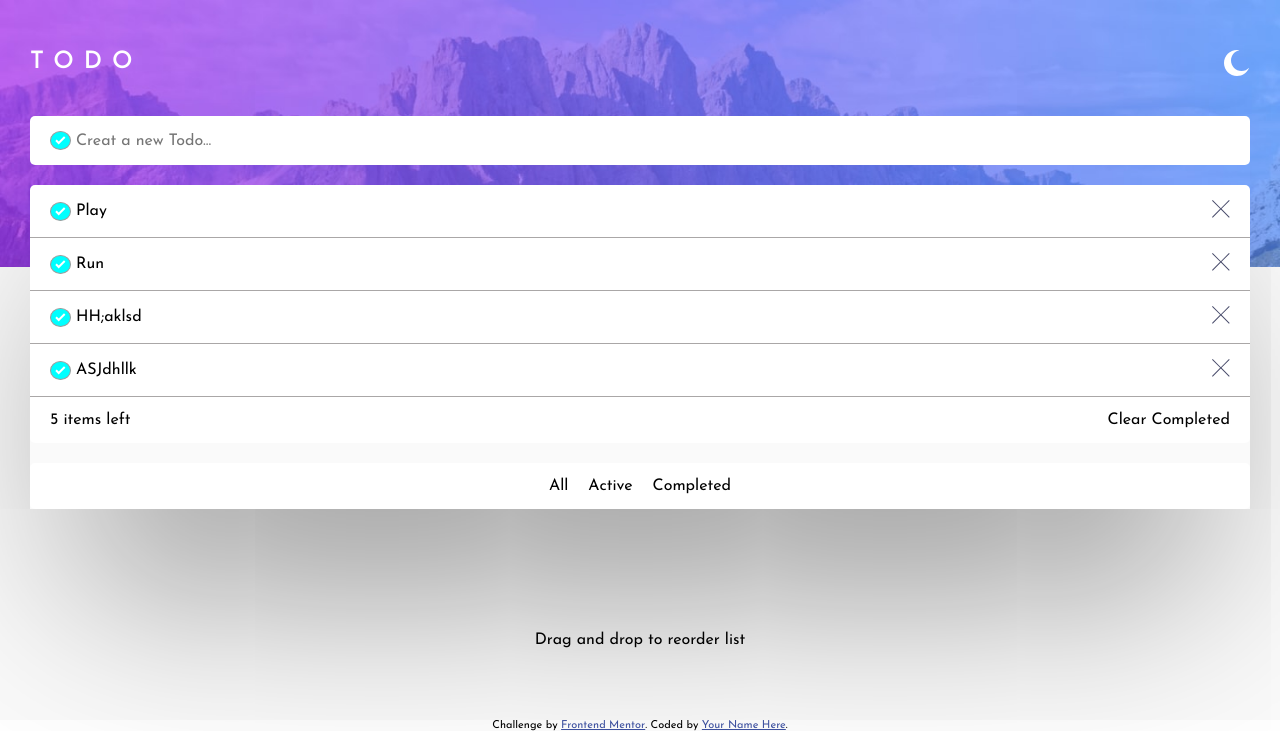
Repository: Baraajad231/Todo-app
Page: /
These files come from the project's save history. The page is drawn as it stood at one moment and after the next save; the edit follows.
The browser window is 1280 px wide. The pictures show the whole page.
The project was rebuilt for these pictures with package versions that can differ from the ones it lists, and the page was loaded fresh each time. Also part of the build but not shown: vite.config.js.

Above is the page before, as saved 2025-12-28 02:07:05.

After the next save:
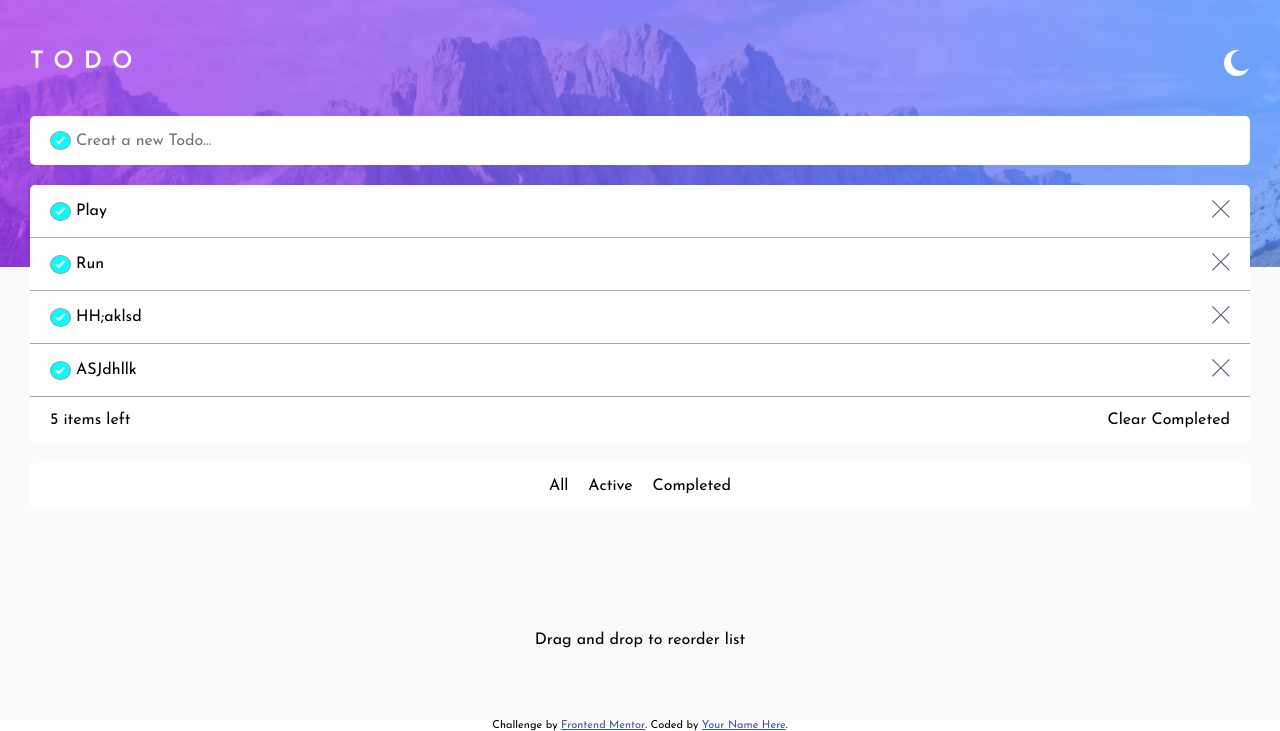
Saved 30 s later.
--- a/styles/style.scss
+++ b/styles/style.scss
@@ -105,12 +105,13 @@ body {
   }
 
   &__list {
-    box-shadow: 0 12rem 20rem -5rem rgba(0, 0, 0, 0.437);
     &__row {
       background-color: white;
       padding: 1.5rem 2rem;
       display: flex;
       align-items: center;
+
+      box-shadow: 0 12rem 20rem -5rem rgba(0, 0, 0, 0.437);
 
       &:nth-child(2) {
         border-radius: 0.5rem 0.5rem 0 0;
